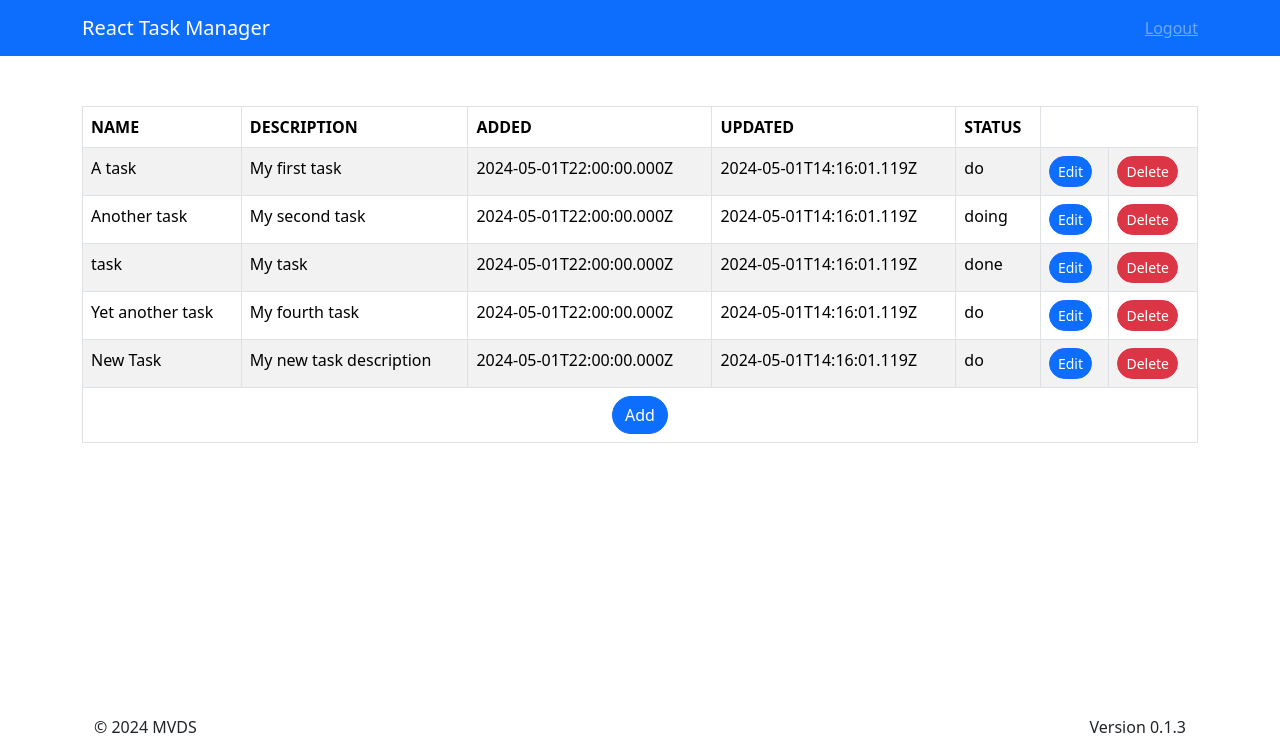
Repository: trider/react-task-manager
Page: /#/tasks
The author's editor kept a copy of each file at every save. The page is drawn from the files as they stood at one save, then again after the next save.
The browser window is 1280 px wide. The pictures show the whole page.
The project was rebuilt for these pictures with package versions that can differ from the ones it lists, and the page was loaded fresh each time. Also part of the build but not shown: src/App.css, src/_data/_Users.js, src/pages/Login.js.

Above is the page before, as saved 2024-05-10 18:03:57.

After the next save:
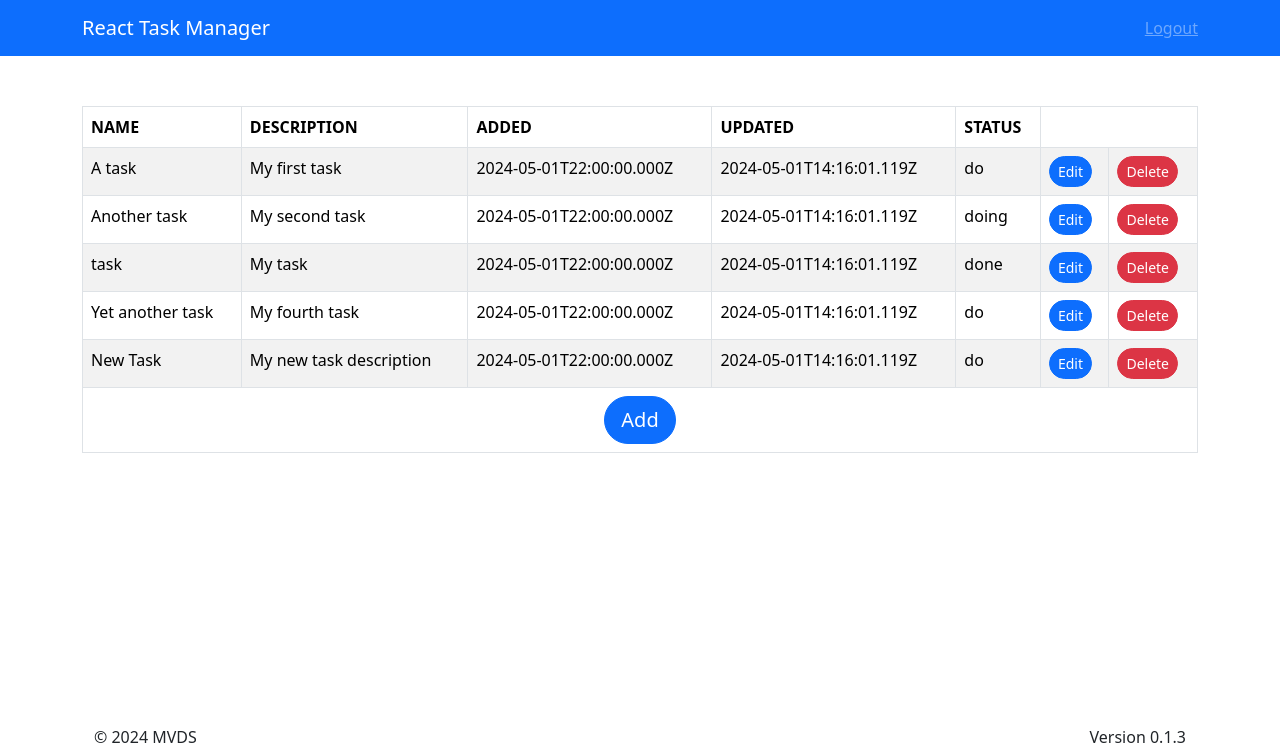
Saved 36 s later.
--- a/src/pages/Task.js
+++ b/src/pages/Task.js
@@ -103,6 +103,7 @@
                     isActive: true,
                     isEdit: false
                   }}
+                  size='lg'
                   onAddTask={addTask}
                   onEditTask={updateTask} />
               </div>

After the 3 saves that followed:
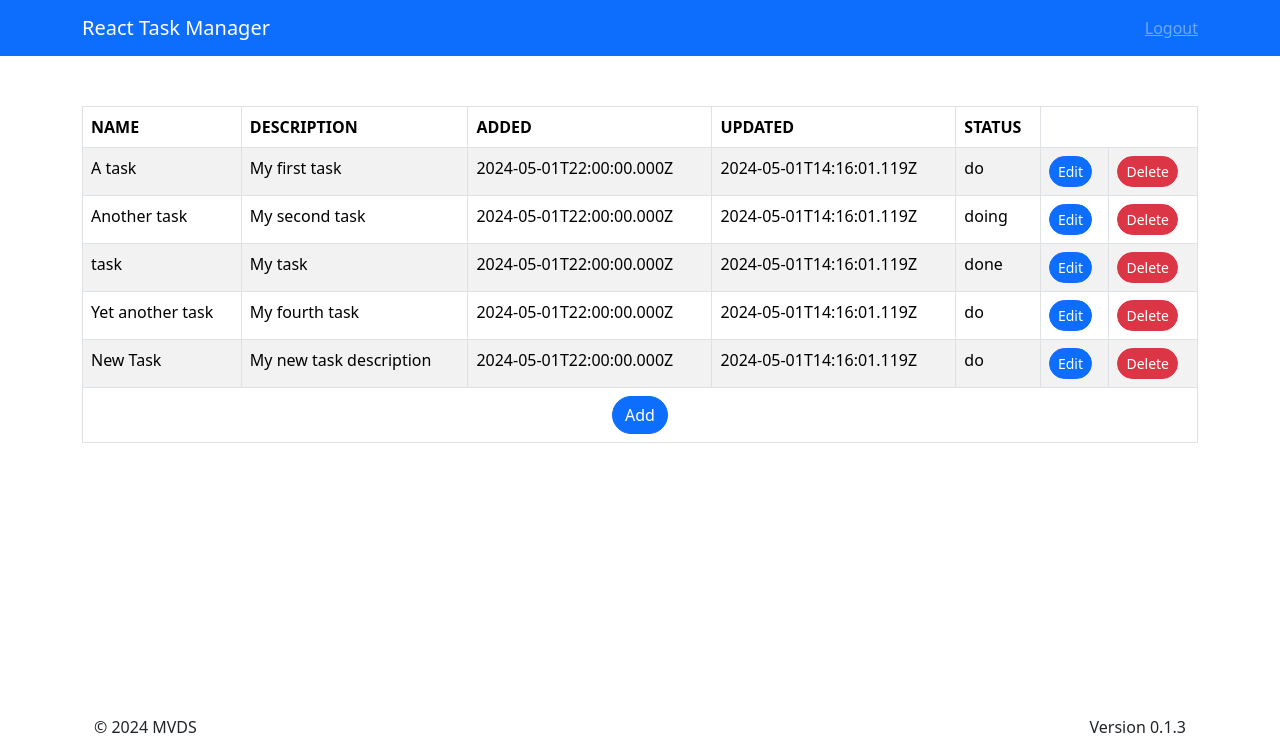
The 3 saves are shown as one change because 1 left the picture as it was and some came seconds apart.
The last was saved 29 s later.
--- a/src/pages/Task.js
+++ b/src/pages/Task.js
@@ -103,7 +103,6 @@
                     isActive: true,
                     isEdit: false
                   }}
-                  size='lg'
                   onAddTask={addTask}
                   onEditTask={updateTask} />
               </div>
